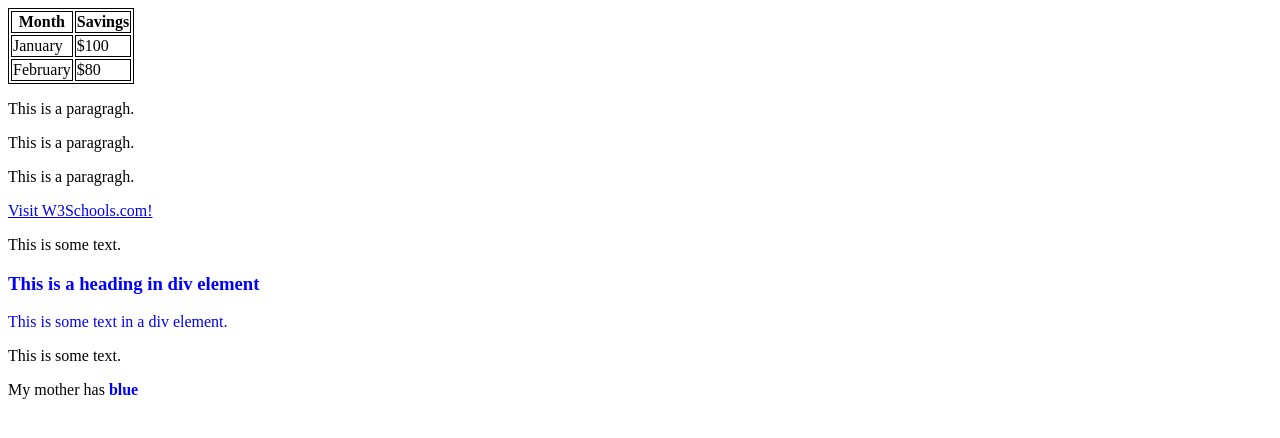
Repository: BaekJiGyeong/JSP
Page: http://localhost/AA_HelloJSP/exercise.jsp
These files come from the project's save history. The page is drawn as it stood at one moment and after the next save; the edit follows.
The browser window is 1280 px wide. The pictures show the whole page.
The page is served by Tomcat 9.

Above is the page before, as saved 2016-02-01 09:34:36.

After the next save:
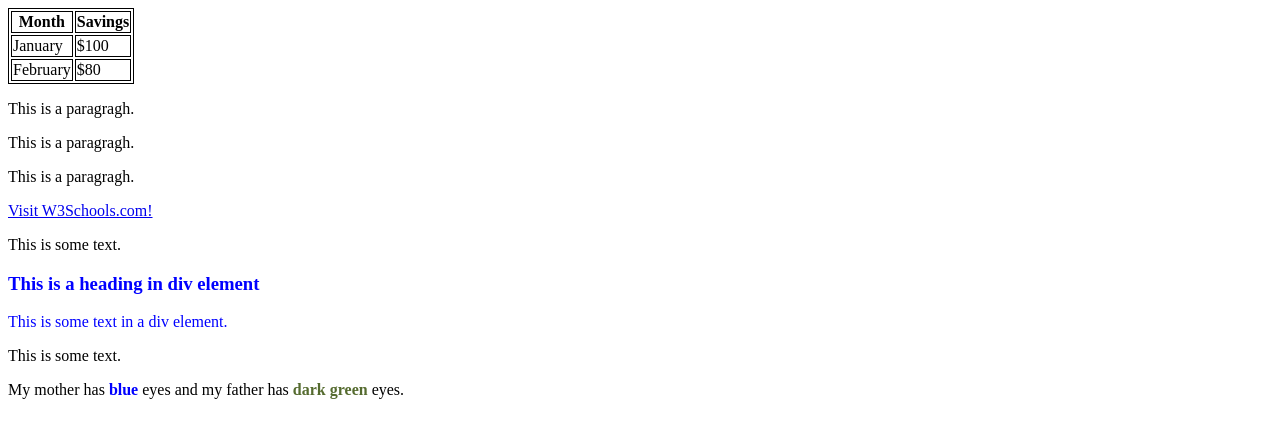
Saved 2 h 28 min later.
--- a/AA_HelloJSP/WebContent/exercise.jsp
+++ b/AA_HelloJSP/WebContent/exercise.jsp
@@ -44,7 +44,11 @@ W3Schools.com!</a>
 
 <p>This is some text.</p>
 
-<p>My mother has <span style="color:blue;font-weight:bold">blue</span>
+<p>My mother has
+	<span style="color:blue;font-weight:bold">blue</span>
+	eyes and my father has <span style="color:darkolivegreen;
+	font-weight:bold">dark green</span> eyes.
+</p>
 
 
 </body>
